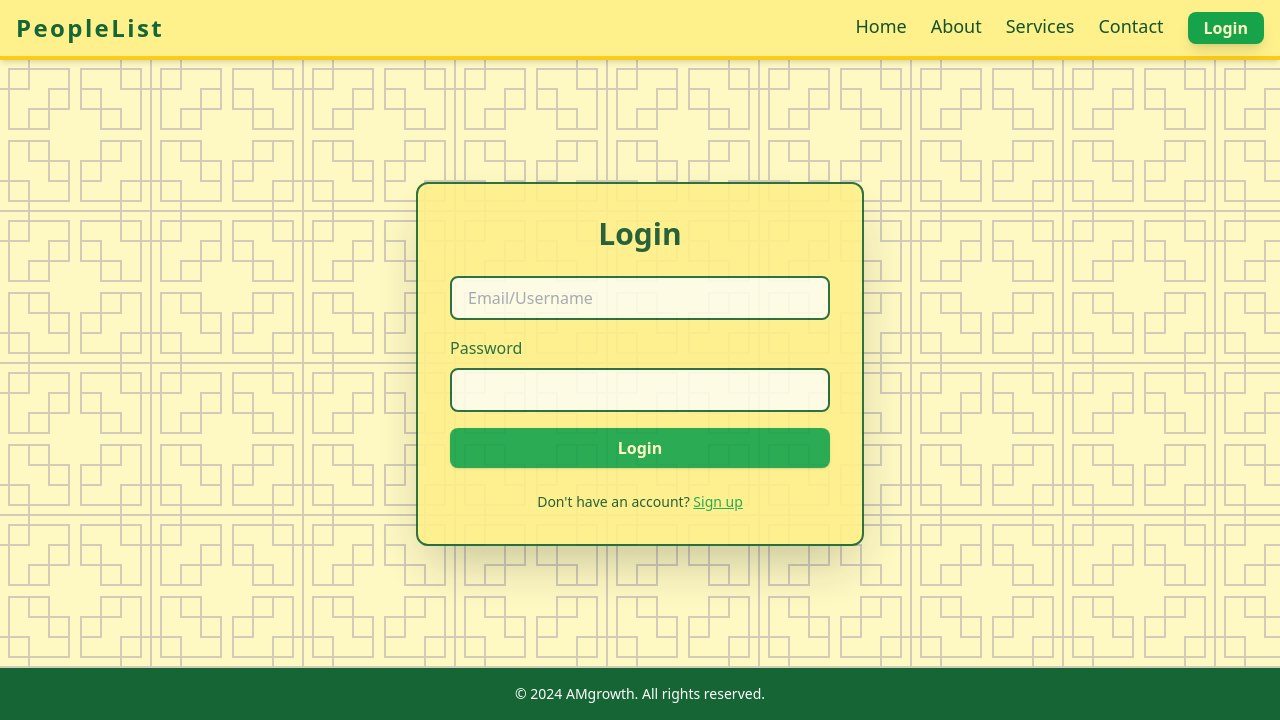
Repository: ArievfRahman-Dev/Mini-Project-II
Page: /login (app in miniproject2/)
These files come from the project's save history. The page is drawn as it stood at one moment and after a run of saves; the edit follows.
The browser window is 1280 px wide. The pictures show the whole page.
The project was rebuilt for these pictures with package versions that can differ from the ones it lists, and the page was loaded fresh each time. Also part of the build but not shown: miniproject2/vite.config.js, miniproject2/src/pages/HomePage/index.jsx, miniproject2/src/pages/DetailUser/index.jsx, miniproject2/src/pages/RegisterPages/index.jsx, miniproject2/src/routes/ProtectedRoute.jsx.

Above is the page before, as saved 2024-12-24 09:04:08.

After the next 2 saves:
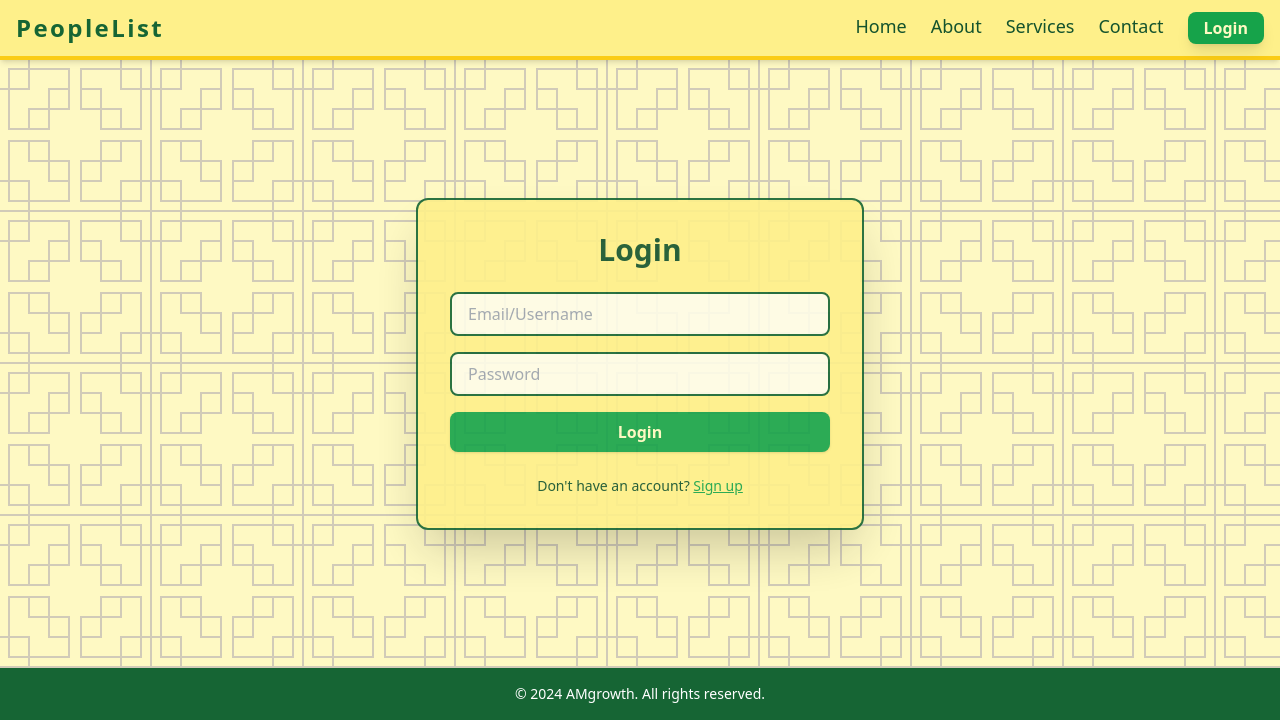
The 2 saves are shown as one change because they came seconds apart.
The last was saved 23 s later.
--- a/miniproject2/src/pages/LoginPage/index.jsx
+++ b/miniproject2/src/pages/LoginPage/index.jsx
@@ -53,10 +53,6 @@ export const LoginPage = () => {
 
           <form>
             <div className="mb-4 ">
-              <label
-                htmlFor="email"
-                className="block mb-2 font-medium text-green-800 retro-font"
-              ></label>
               <input
                 placeholder="Email/Username"
                 type="email"
@@ -66,13 +62,8 @@ export const LoginPage = () => {
               />
             </div>
             <div className="mb-4">
-              <label
-                htmlFor="password"
-                className="block mb-2 font-medium text-green-800 retro-font"
-              >
-                Password
-              </label>
               <input
+                placeholder="Password"
                 type="password"
                 name="password"
                 onChange={handleChange}
